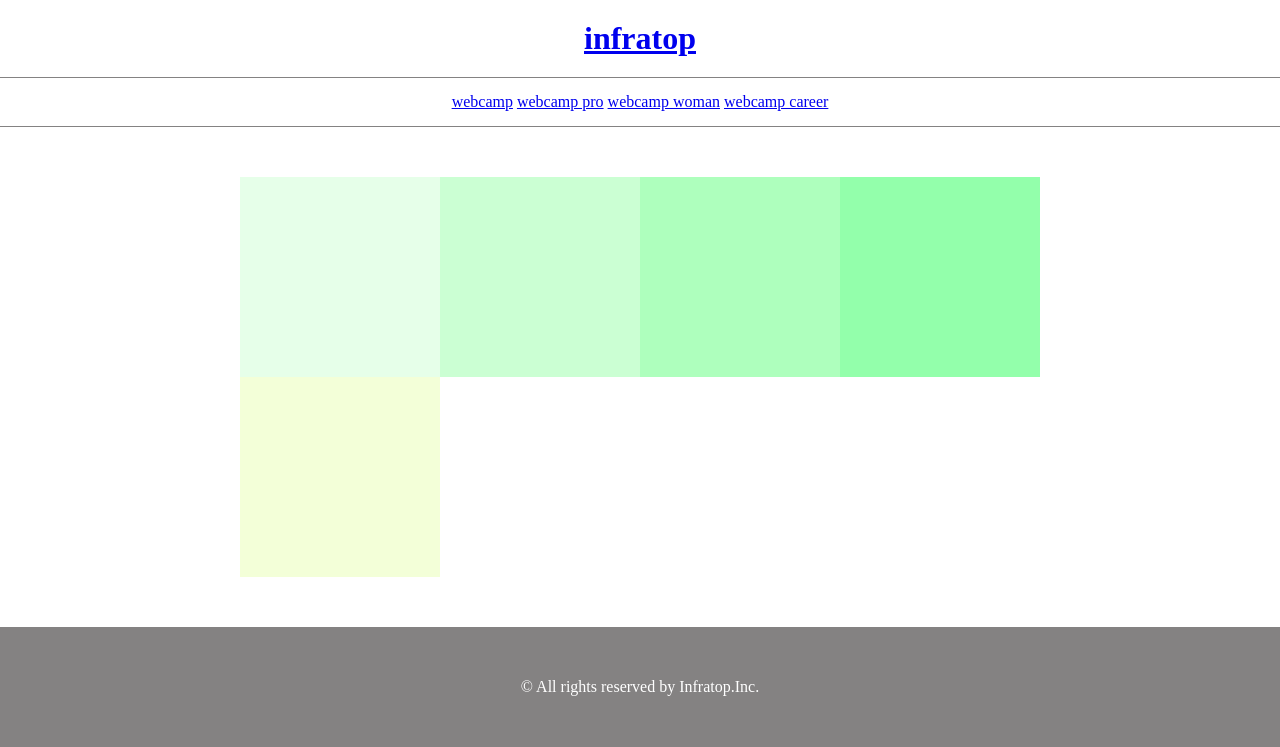
Repository: yesohnuki/shinya-ohnuki
Page: caravan/chapter5.html
The author's editor kept a record of every edit. The page is drawn from the files as they stood at one moment, then again after the next edit.
The browser window is 1280 px wide. The pictures show the whole page.

Above is the page before.

### caravan/chapter5.html
<!DOCTYPE html>
<html lang="ja">
  <head>
    <meta charset="UTF-8" />
    <!-- CSSファイルの読み込み -->
    <link rel="stylesheet" href="chapter5.css" />
    <title>infratop</title>
  </head>

  <body>
    <!-- header -->
    <header>
      <h1 class="heading">
        <a href="index.html">
          infratop
        </a>
      </h1>
    </header>

    <!-- navigation -->
    <nav>
      <ul class="nav-list">
        <li class="nav-list-item">
          <a href="index.html">webcamp</a>
          <a href="indfx.html">webcamp pro</a>
          <a href="index.html">webcamp woman</a>
          <a href="index.html">webcamp career</li>
      </ul>
    </nav>

    <!-- main-visual用のdiv -->
    <div class="main-visual">
      <div class="main-visual-content"></div>
    </div>

    <!-- main用のdiv -->
    <div class="main">
     <a class="box1"</a>
     <a class="box2"></a>
     <a class="box3">
     <a class="box4">
     <a class="box5">
     <span class="box6">
     <span class="box7">
     <span class="box8">
    </div>

    <!-- footer -->
    <footer>
      <p class="footer-text">© All rights reserved by Infratop.Inc.</p>
    </footer>
  </body>
</html>

### caravan/chapter5.css
* {
  margin: 0;
  padding: 0;
  box-sizing: border-box;
}

header {
  width: 100%;
  padding: 20px 0;
  text-align: center;
}

.nav-list {
  text-align: center;
  padding: 15px 0;
  margin: 0 auto;
  border-bottom: 1px solid #848282;
  border-top: 1px solid #848282;
}

.nav-list-item {
  list-style: none;
  display: inline-block;
  margin: 0 20px;
}

.main {
  width: 800px;
  margin: 50px auto;
  display: flex;
  flex-wrap: wrap;
}

.box1 {
  width: 200px;
  height: 200px;
  background-color: #e6ffe9;
}

.box2 {
  width: 200px;
  height: 200px;
  background-color: #cbffd3;
}

.box3 {
  width: 200px;
  height: 200px;
  background-color: #aeffbd;
}

.box4 {
  width: 200px;
  height: 200px;
  background-color: #93ffab;
}

.box5 {
  width: 200px;
  height: 200px;
  background-color: #f3ffd8;
}

.box6 {
  width: 200px;
  height: 200px;
  background-color: #edffbe;
}

.box7 {
  width: 200px;
  height: 200px;
  background-color: #e9ffa5;
}

.box8 {
  width: 200px;
  height: 200px;
  background-color: #e4ff8d;
}

.box9 {
  width: 200px;
  height: 200px;
  background-color: #d9e5ff;
}

.box10 {
  width: 200px;
  height: 200px;
  background-color: #bad3ff;
}

.box11 {
  width: 200px;
  height: 200px;
  background-color: #a4c6ff;
}

.box12 {
  width: 200px;
  height: 200px;
  background-color: #8eb8ff;
}

footer {
  width: 100%;
  height: 120px;
  text-align: center;
  line-height: 120px;
  background-color: #848282;
}

.footer-text {
  color: #fff;
}

After the next edit:
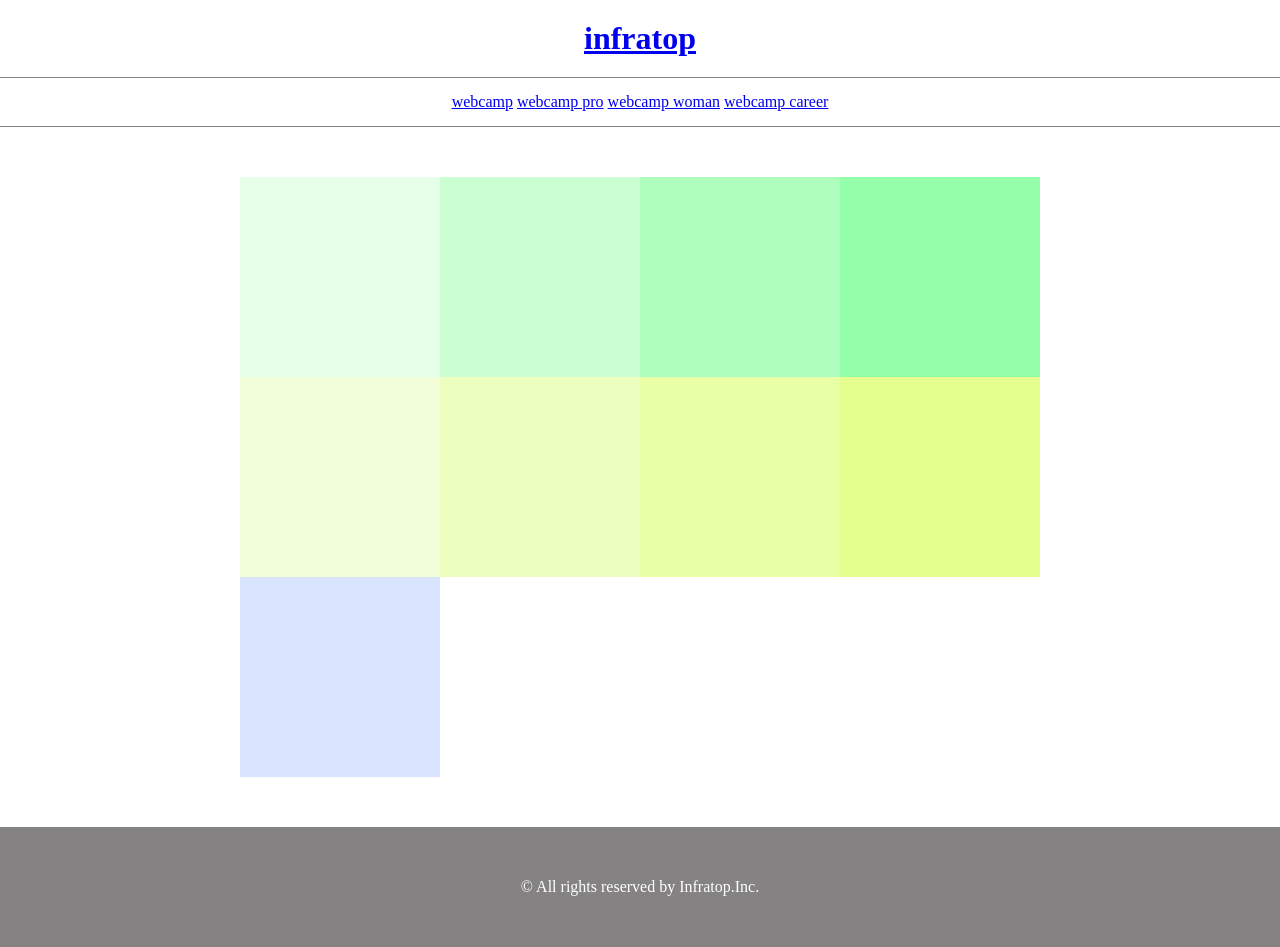
The edit:
--- a/caravan/chapter5.html
+++ b/caravan/chapter5.html
@@ -37,12 +37,16 @@
     <div class="main">
      <a class="box1"</a>
      <a class="box2"></a>
-     <a class="box3">
-     <a class="box4">
-     <a class="box5">
-     <span class="box6">
-     <span class="box7">
-     <span class="box8">
+     <a class="box3"></a>
+     <a class="box4"></a>
+     <a class="box5"></a>
+     <a class="box6"></a>
+     <a class="box7"></a>
+     <a class="box8"></a>
+     <a class="box9"></a>
+     <a href="box10"></a>
+     <a href="box11"></a>
+     <a href="box12"></a>
     </div>
 
     <!-- footer -->
